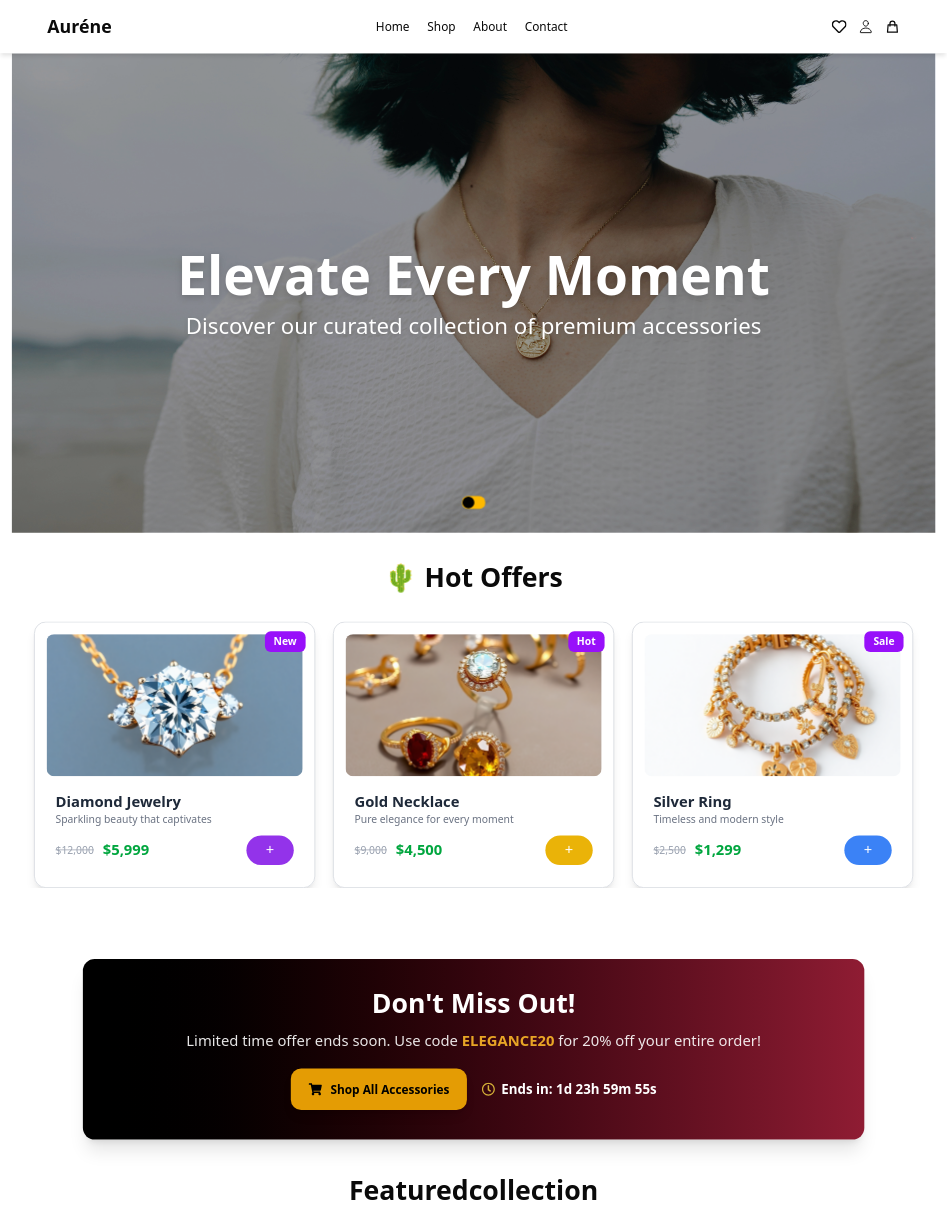
Repository: oehab30/Aur-ne-e-commerce-
Page: /
The author's editor kept a copy of each file at every save. The page is drawn from the files as they stood at one save, then again after the next save.
The browser window is 1280 px wide. The pictures show the whole page, at 74% of full size.
The project was rebuilt for these pictures with package versions that can differ from the ones it lists, and the page was loaded fresh each time. Also part of the build but not shown: src/components/common/Tap.tsx, src/components/common/Categories.tsx, src/pages/Shop.tsx, src/pages/cart.tsx, src/pages/Profile.tsx, src/pages/About.tsx, src/pages/Contact.tsx, src/pages/Error.tsx and 2 more. Imported but missing from the stored project, and not drawn on this page: src/components/ui/breadcrumb.tsx.

Above is the page before, as saved 2025-11-26 05:11:49.

After the next save:
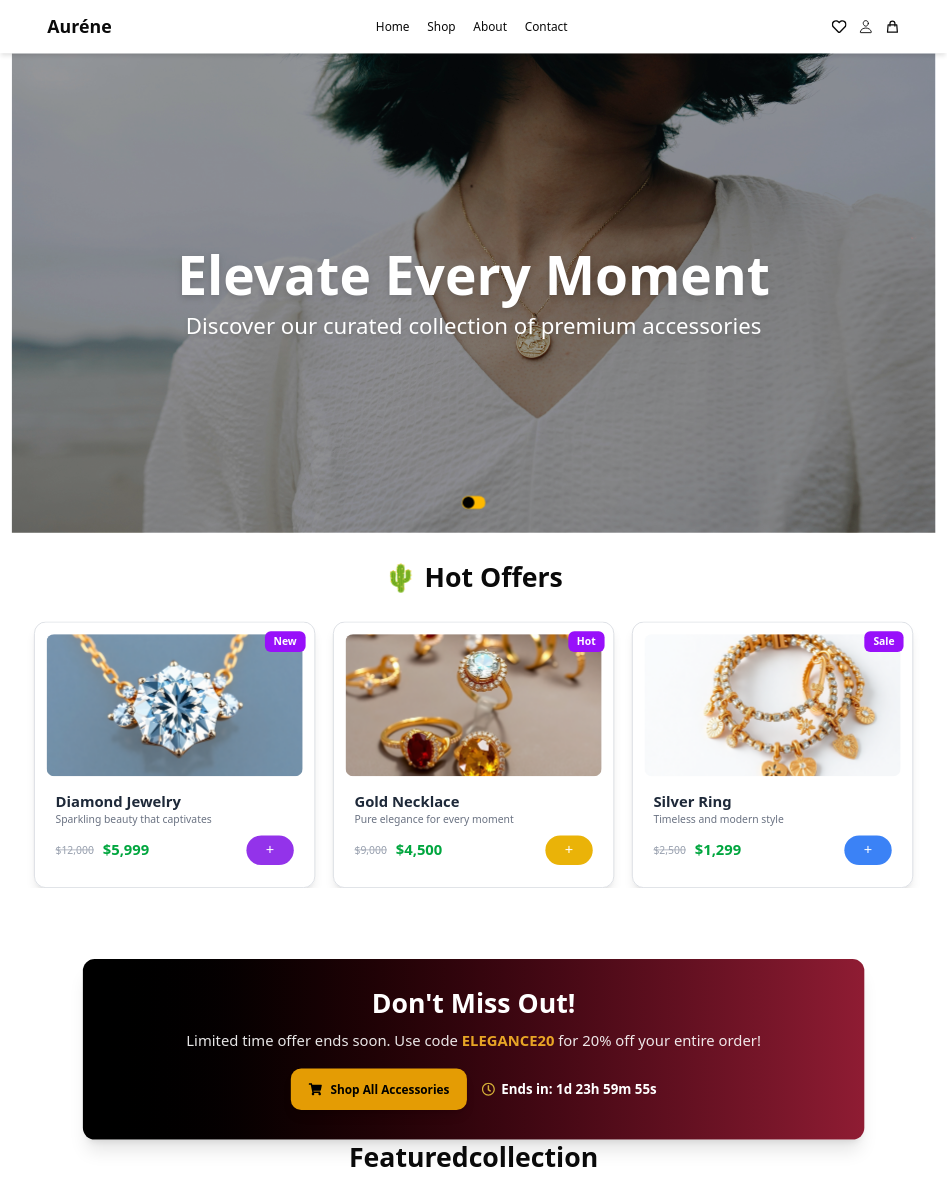
Saved 27 s later.
--- a/src/components/home-page/Featuredcollection.tsx
+++ b/src/components/home-page/Featuredcollection.tsx
@@ -4,7 +4,7 @@ function Featuredcollection() {
   return (
     <>
 <div>
-<h1 className='text-center font-bold text-4xl mb-4 mt-12'>Featuredcollection</h1>
+<h1 className='text-center font-bold text-4xl mb-4 mt-1'>Featuredcollection</h1>
 </div>
     </>
   )
